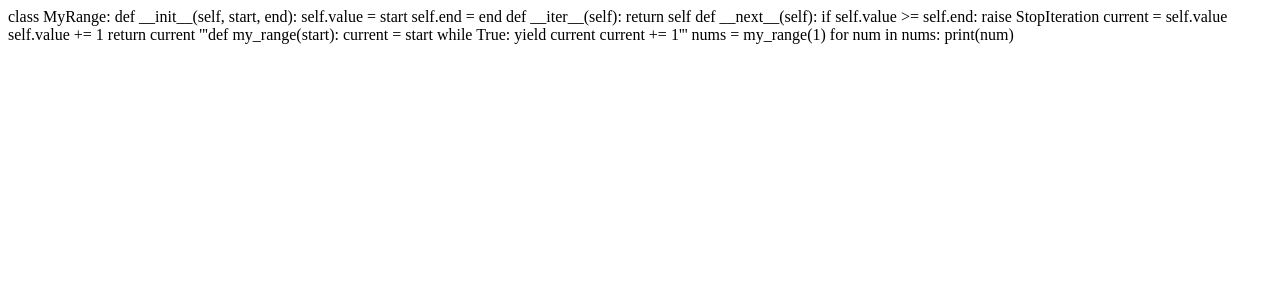
Repository: JAYAPRAKASH7541/jai7541
Page: python_sample_package/simple.html
The author's editor kept a record of every edit. The page is drawn from the files as they stood at one moment, then again after the next edit.
The browser window is 1280 px wide. The pictures show the whole page.

Above is the page before.

### python_sample_package/simple.html

class MyRange:

    def __init__(self, start, end):
        self.value = start
        self.end = end

    def __iter__(self):
        return self

    def __next__(self):
        if self.value >= self.end:
            raise StopIteration
        current = self.value
        self.value += 1
        return current


'''def my_range(start):
    current = start
    while True:
        yield current
        current += 1'''


nums = my_range(1)

for num in nums:
    print(num)

After the next edit:
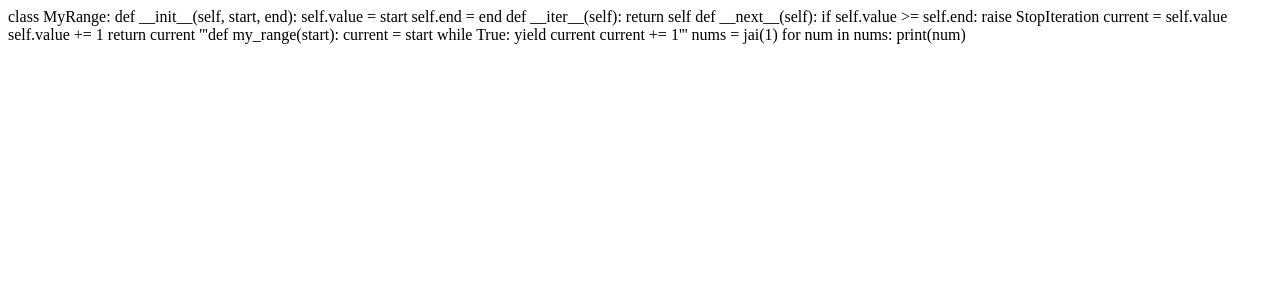
The edit:
--- a/python_sample_package/simple.html
+++ b/python_sample_package/simple.html
@@ -23,7 +23,7 @@
         current += 1'''
 
 
-nums = my_range(1)
+nums = jai(1)
 
 for num in nums:
     print(num)
